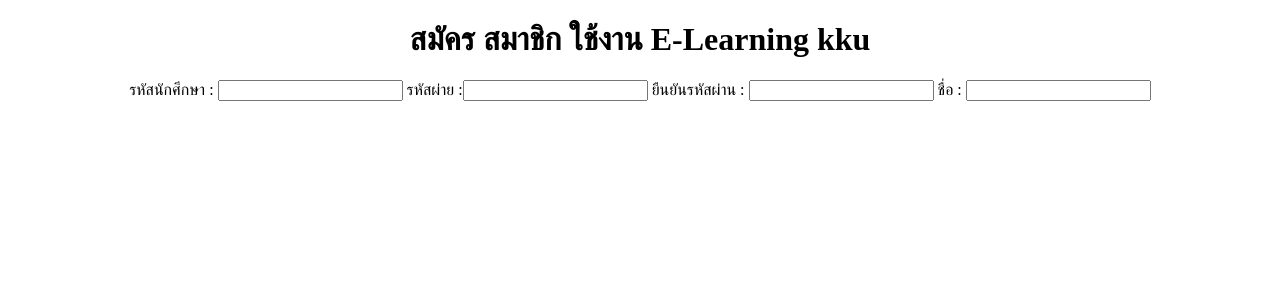
Repository: Wanaratkhamla/LabJavaWeb
Page: http://localhost/TestJoinTable/Register.jsp
These files come from the project's save history. The page is drawn as it stood at one moment and after the next save; the edit follows.
The browser window is 1280 px wide. The pictures show the whole page.
The page is served by Tomcat 9.

Above is the page before, as saved 2017-02-28 18:25:27.

After the next save:
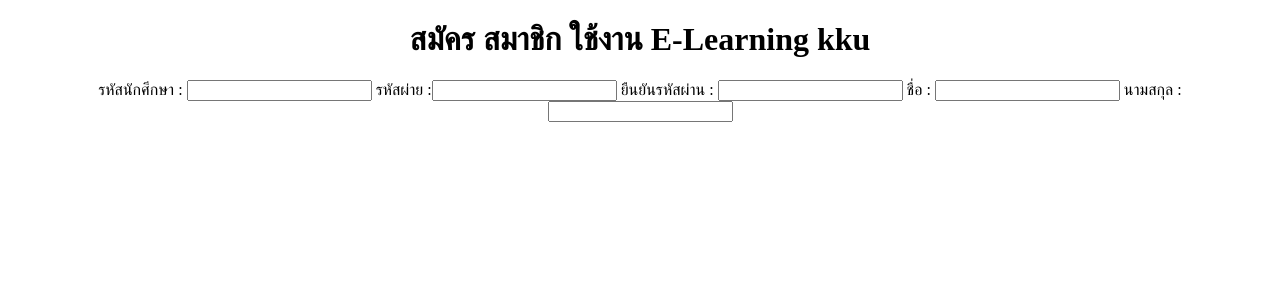
Saved 25 s later.
--- a/TestJoinTable/WebContent/Register.jsp
+++ b/TestJoinTable/WebContent/Register.jsp
@@ -12,7 +12,8 @@
 		รหัสนักศึกษา : <input type="text" name="SID">
 		รหัสผ่าย :<input type="password" name="Password">
 		ยืนยันรหัสผ่าน : <input type="password" name="Password1">
-		ชื่อ : <input type="text" name="Password1">
+		ชื่อ : <input type="text" name="fname">
+		นามสกุล : <input type="text" name="lname">
 	</form>
 	</div>
 	<script>
